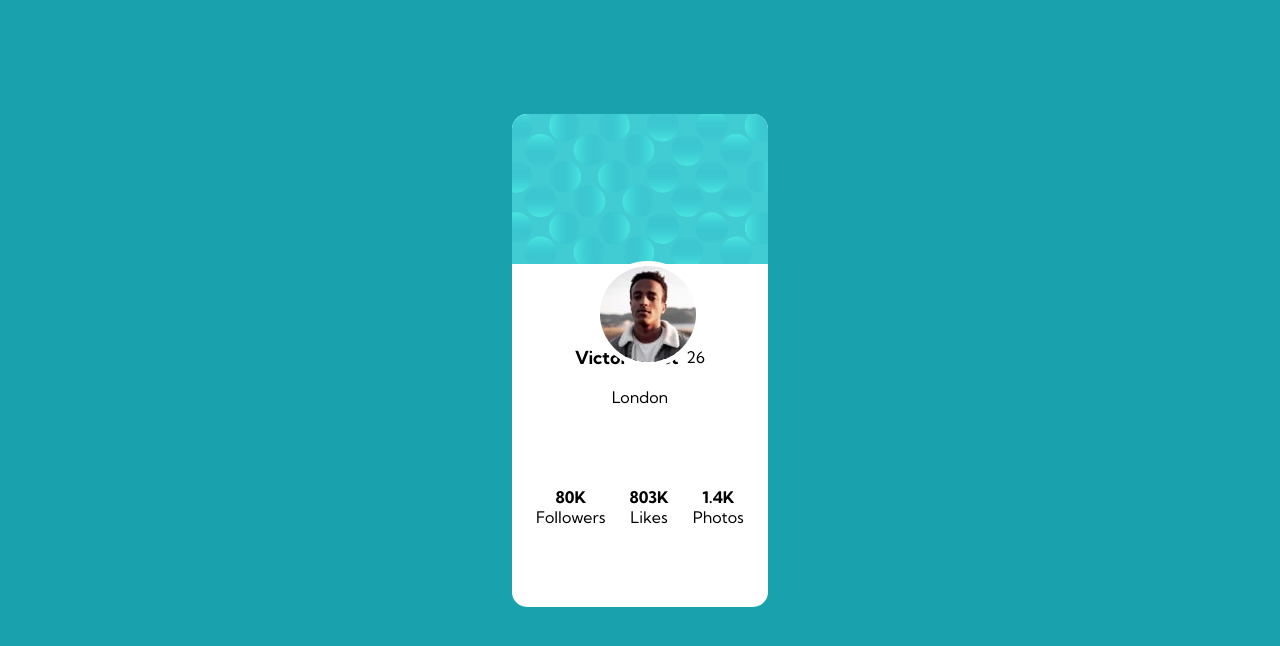
Repository: PratypartyY2K/frontendmentor-challenges
Page: profile-card-component-main/index.html
These files come from the project's save history. The page is drawn as it stood at one moment and after the next save; the edit follows.
The browser window is 1280 px wide. The pictures show the whole page.

Above is the page before, as saved 2021-07-15 13:34:07.

### profile-card-component-main/index.html
<!DOCTYPE html>
<html lang="en">
  <head>
    <meta charset="UTF-8" />
    <meta name="viewport" content="width=device-width, initial-scale=1.0" />
    <!-- displays site properly based on user's device -->

    <link
      rel="icon"
      type="image/png"
      sizes="32x32"
      href="./images/favicon-32x32.png"
    />

    <title>Frontend Mentor | Profile card component</title>

    <link rel="stylesheet" href="style.css" />
  </head>
  <body>
    <!--
    <div class="bg-upper-img">
      <img src="images/bg-pattern-top.svg">
    </div>
  -->
    <div class="card-wrapper">
      <div class="upper-div">
        <!--background-->
      </div>
      <img src="images/image-victor.jpg">
      <div class="middle-div">

          <div class="row-1"><h3>Victor Crest</h3>26</div>
          <div class="row-2">London</div>

      </div>
      <div class="stats">
        <div class="stat_element">
          <b>80K</b>
          Followers
        </div>
        <div class="stat_element">
          <b>803K</b>
          Likes
        </div>
        <div class="stat_element">
          <b>1.4K</b>
          Photos
        </div>
      </div>
    </div>

    <!--
    <div class="attribution">
      Challenge by
      <a href="https://www.frontendmentor.io?ref=challenge" target="_blank"
        >Frontend Mentor</a
      >. Coded by
      <a
        href="https://www.frontendmentor.io/profile/PratypartyY2K"
        target="_blank"
        >Pratyush</a
      >.
    -->
    </div><!--
    <div class="bg-bottom-img">
      <img src="images/bg-pattern-bottom.svg">
    </div>-->
  </body>
</html>

### profile-card-component-main/style.css
@import url("https://fonts.googleapis.com/css2?family=Kumbh+Sans:wght@400;700&display=swap");

:root {
  --primary-cyan: hsl(185, 75%, 39%);
  --primary-blue: hsl(229, 23%, 23%);
  --primart-grayish-blue: hsl(227, 10%, 46%);
  --neutral-dark-gray: hsl(0, 0%, 59%);
}

* {
    box-sizing: border-box;
}

body {
  font-family: "Kumbh Sans", sans-serif;
  position: relative;
  background-color: var(--primary-cyan);
  min-height: 100vh;
  display: flex;
  flex-direction: column;
  justify-content: center;
  align-items: center;
  margin: 0;
}

.card-wrapper {
    display: flex;
    flex-direction: column;
    background-color: white;
    width: 20%;
    position: relative;
    border-radius: 15px;
    overflow: hidden;
    text-align: center;
}

.upper-div {
    background-image: url('images/bg-pattern-card.svg');
    background-repeat: no-repeat;
    background-size: cover;
    width: 100%;
    height: 150px;
}

.card-wrapper img {
    position: absolute;
    border-radius: 50%;
    border: 5px solid white;
    left: 32.5%;
    top: 30%;
}

.middle-div {
    display: flex;
    flex-direction: column;
    margin-top: 4rem;
}

.row-1 {
    display: flex;
    justify-content: center;
    align-items: center;
}

.row-1 h3 {
    padding: 0;
    margin-right: 0.5rem;
    font-size: 18px;
}

.stats {
    display: flex;
    justify-content: space-evenly;

}

.stat_element {
    display: flex;
    flex-direction: column;
    margin: 5rem 0;
}




/*
.attribution {
  font-size: 11px;
  text-align: center;
}
.attribution a {
  color: hsl(228, 45%, 44%);
}
*/

After the next save:
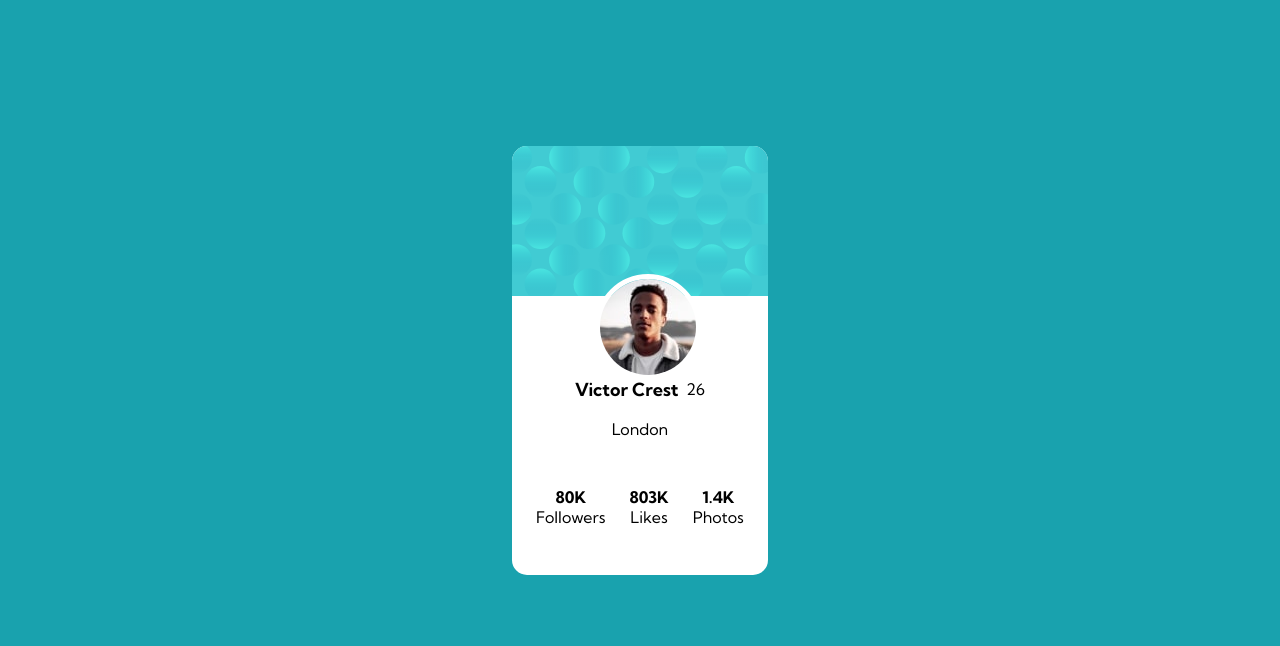
Saved 15 s later.
--- a/profile-card-component-main/style.css
+++ b/profile-card-component-main/style.css
@@ -77,7 +77,7 @@ body {
 .stat_element {
     display: flex;
     flex-direction: column;
-    margin: 5rem 0;
+    padding: 3rem 0;
 }
 
 
